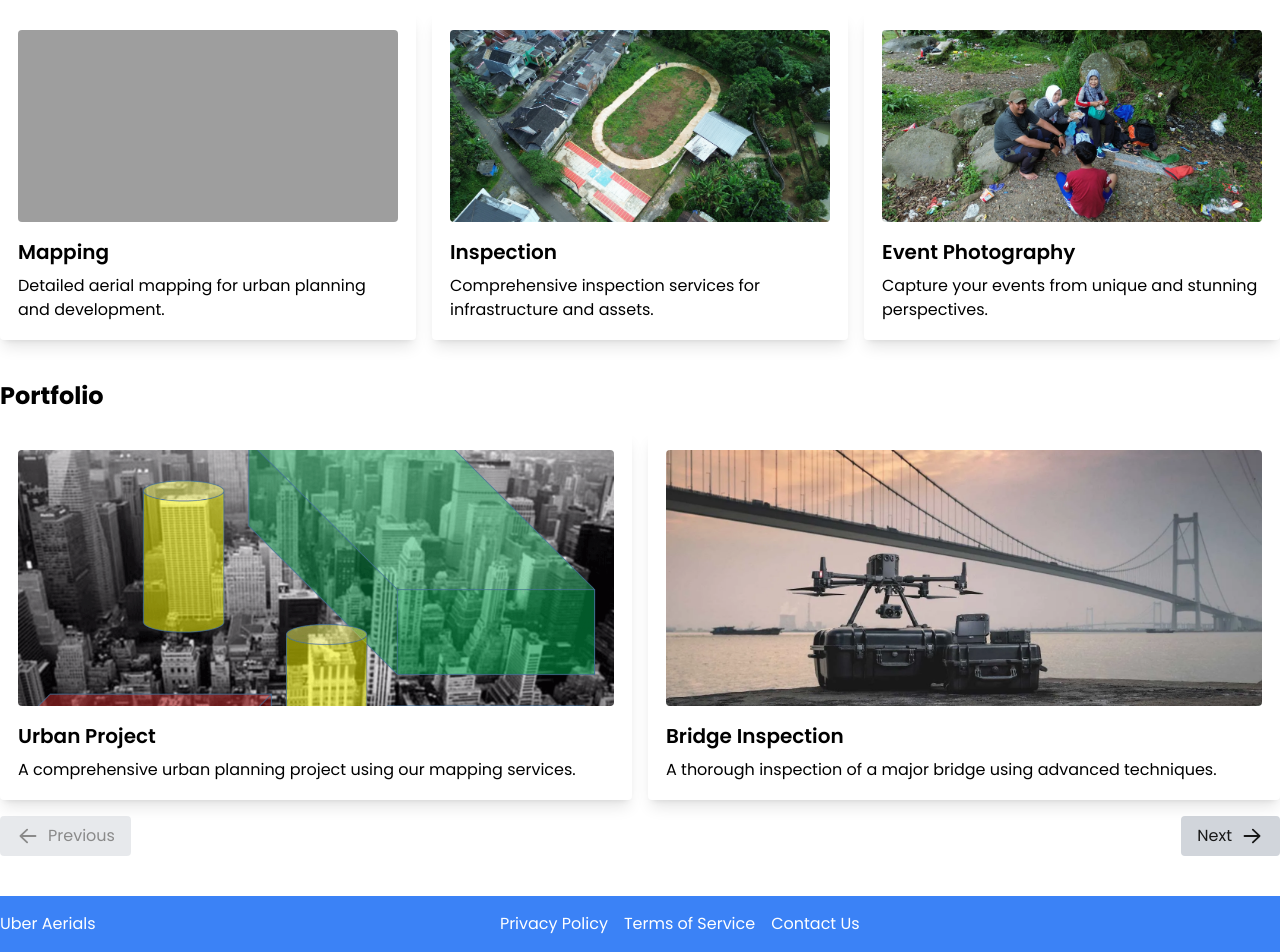
Repository: Adriankf59/drone-portofolio
Page: /
An editor plug-in stored every save of this project. The page is shown before and after the next save, followed by the edit.
The browser window is 1280 px wide. The pictures show the part of the page from y = 948 to 1900 px (the page is 1900 px tall before and 1836 px after).
Pictures or frames that could not be fetched are drawn as grey boxes. The project was rebuilt for these pictures with package versions that can differ from the ones it lists, and the page was loaded fresh each time. The framework's server and built-in components were replaced by stand-ins that run in the browser. Also part of the build but not shown: next.config.mjs.

Above is the page before, as saved 2025-01-29 20:27:16.

After the next save:
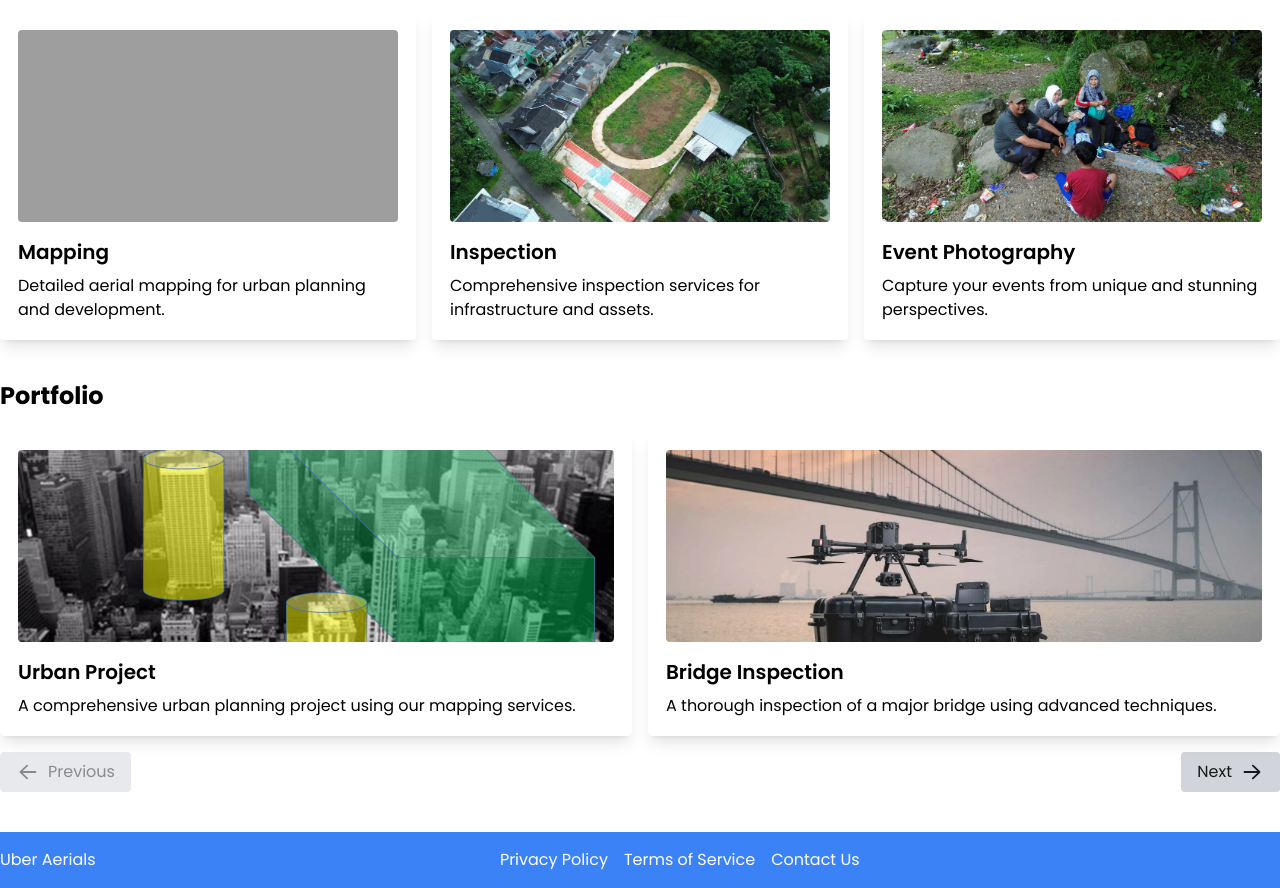
Saved 2 min 56 s later.
--- a/pages/index.js
+++ b/pages/index.js
@@ -112,8 +112,8 @@
                 whileHover={{ scale: 1.05 }}
                 className="flex flex-col p-4 shadow-lg rounded bg-white cursor-pointer border-2 transition-transform transform hover:scale-105 hover:shadow-xl border-transparent"
               >
-                <div className="h-64 w-full overflow-hidden rounded">
-                  <img className="w-full h-full object-cover" src={portfolio.image} alt={portfolio.title} />
+                <div className="overflow-hidden rounded">
+                  <img className="w-full h-48 object-cover" src={portfolio.image} alt={portfolio.title} />
                 </div>
                 <h3 className="text-xl text-black font-semibold mt-4">{portfolio.title}</h3>
                 <p className="mt-2 text-black">{portfolio.description}</p>

After the save that followed:
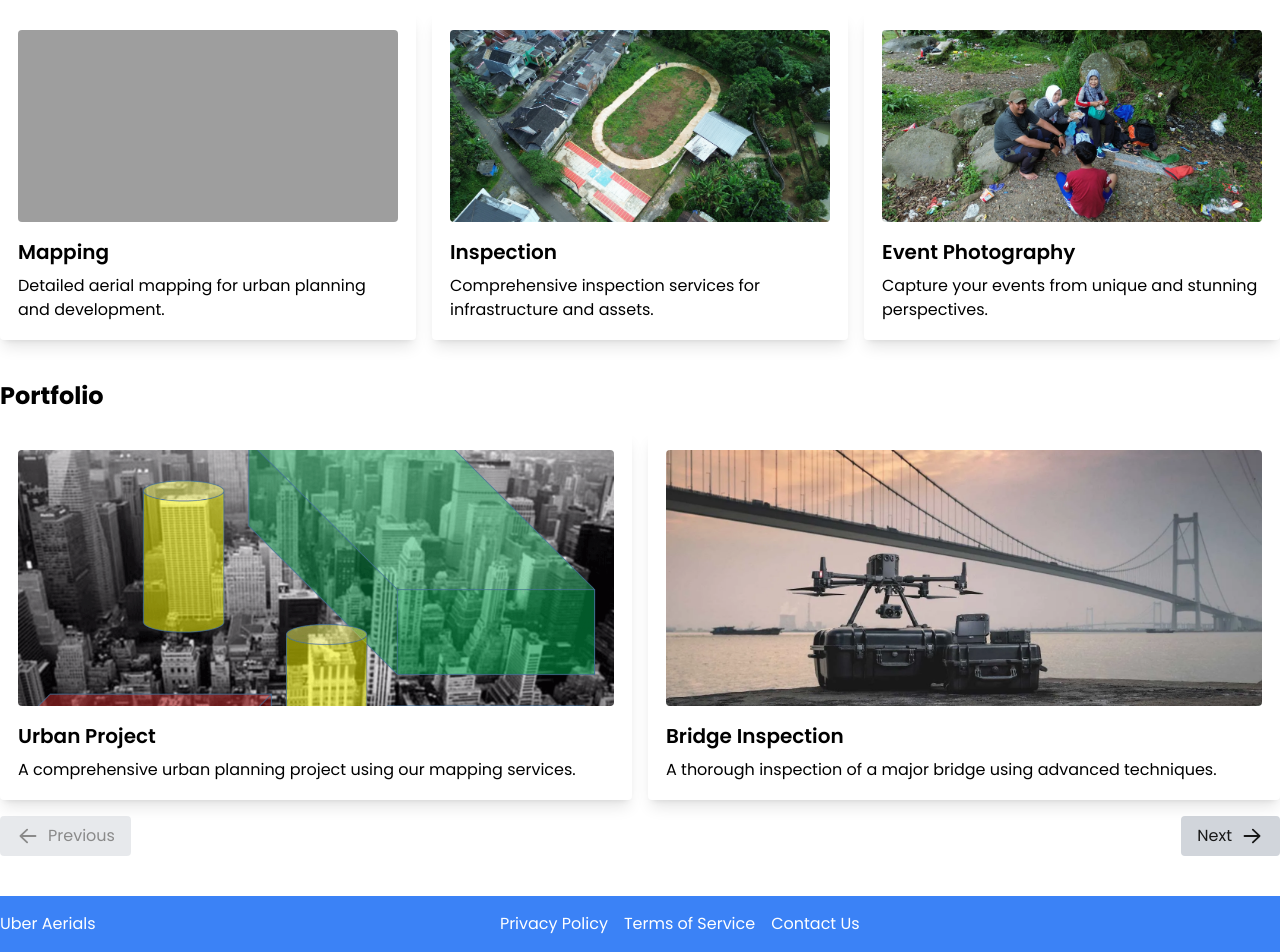
Saved 13 s later.
--- a/pages/index.js
+++ b/pages/index.js
@@ -112,8 +112,8 @@
                 whileHover={{ scale: 1.05 }}
                 className="flex flex-col p-4 shadow-lg rounded bg-white cursor-pointer border-2 transition-transform transform hover:scale-105 hover:shadow-xl border-transparent"
               >
-                <div className="overflow-hidden rounded">
-                  <img className="w-full h-48 object-cover" src={portfolio.image} alt={portfolio.title} />
+                <div className="h-64 w-full overflow-hidden rounded">
+                  <img className="w-full h-full object-cover" src={portfolio.image} alt={portfolio.title} />
                 </div>
                 <h3 className="text-xl text-black font-semibold mt-4">{portfolio.title}</h3>
                 <p className="mt-2 text-black">{portfolio.description}</p>
